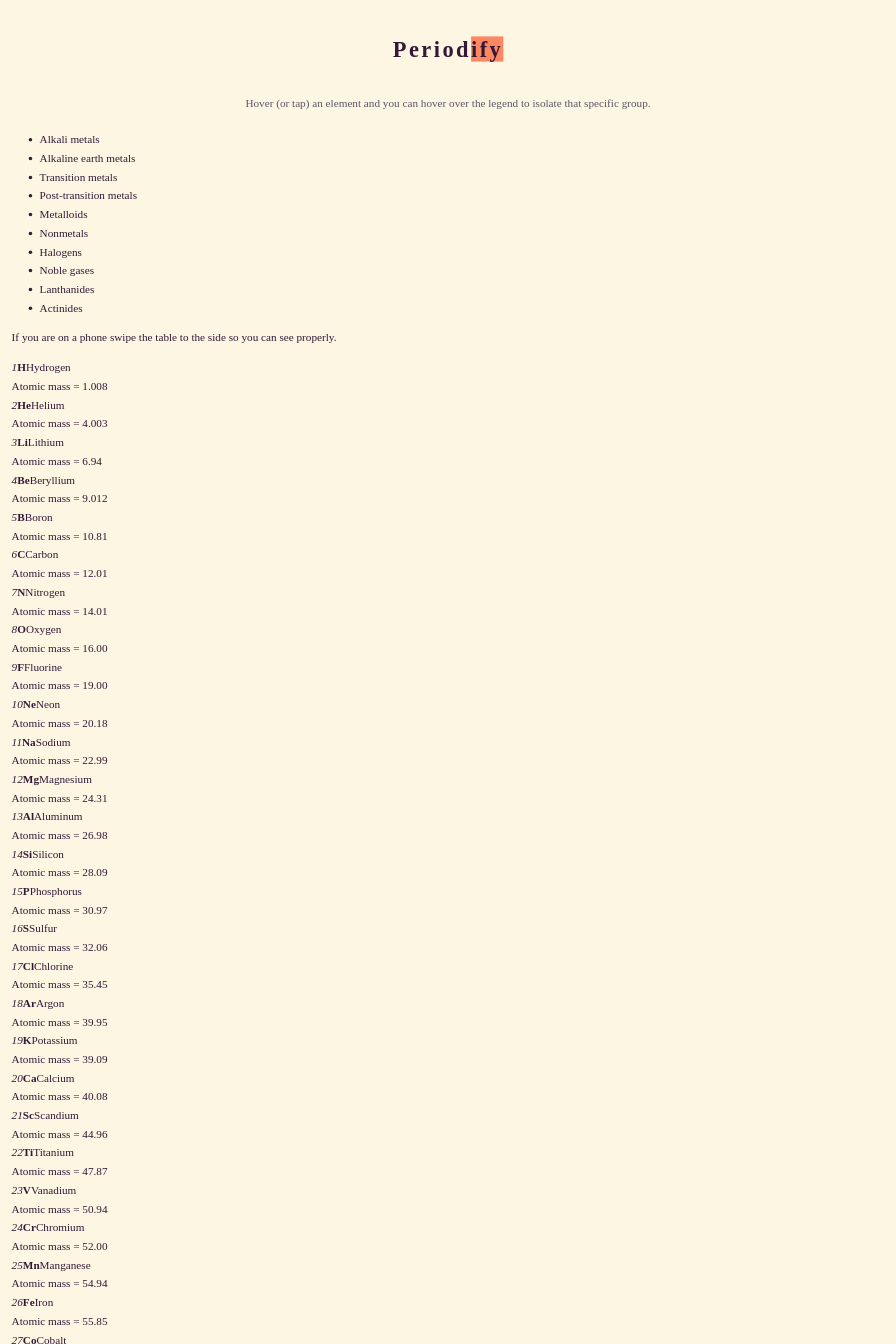
Repository: manayparikh1/Periodify
Page: index.html
The author's editor kept a copy of each file at every save. The page is drawn from the files as they stood at one save, then again after the next save.
The browser window is 1280 px wide. The pictures show the part of the page from y = 0 to 1920 px (the page is 6866 px tall before and 6867 px after), at 70% of full size.

Above is the page before, as saved 2026-10-18 17:52:20.

After the next save:
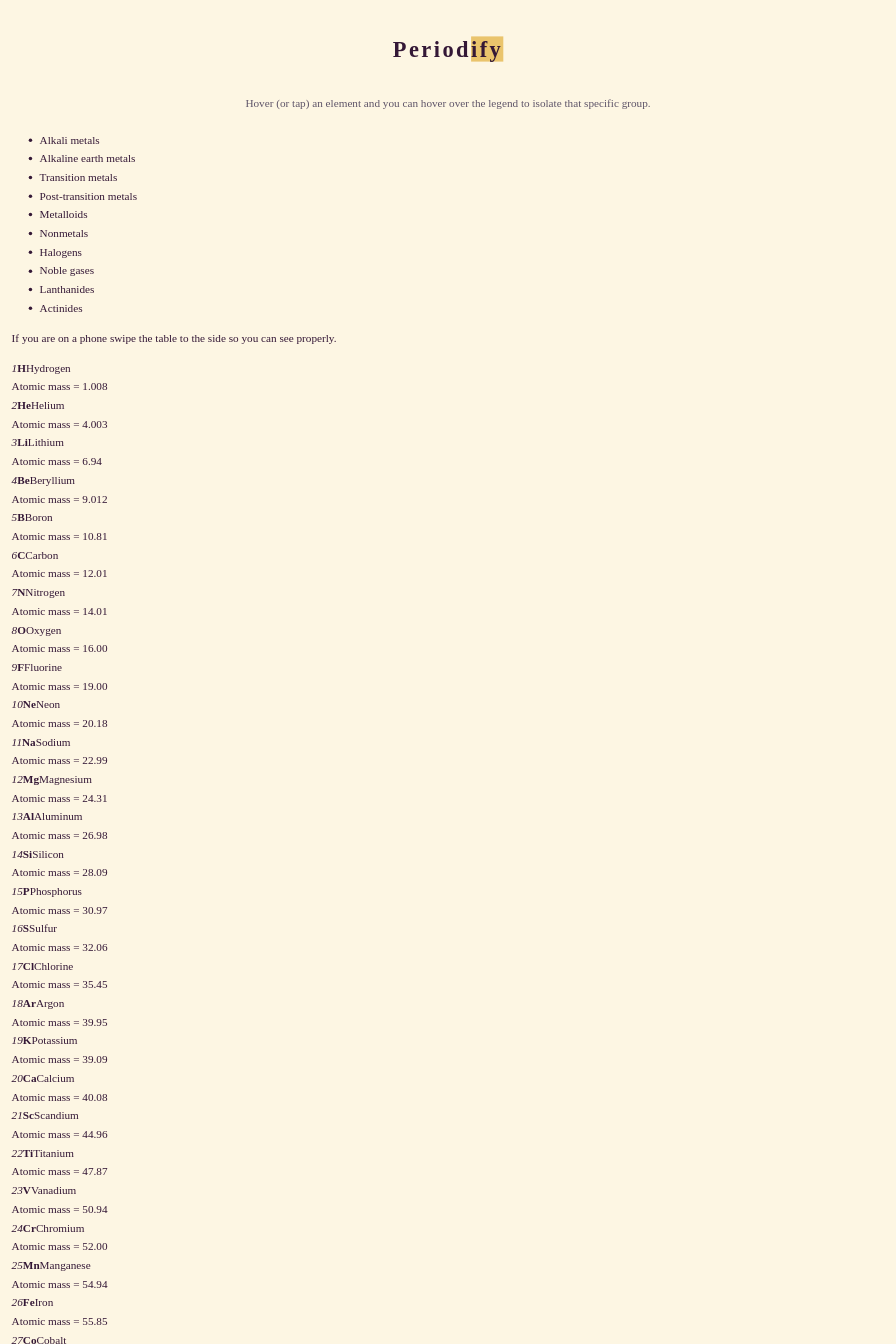
Saved 2 min 20 s later.
--- a/index.html
+++ b/index.html
@@ -181,7 +181,7 @@
             --papercolor: #fdf6e3;
 
             --ak: #fc8760;
-            --ae: #e7c063;
+            --ae: #eac46c;
             --tm: #73d073;
             --pt: #94e4cc;
             --md: #7deeff;
@@ -214,15 +214,17 @@
 
         h1 {
             text-align: center;
-            margin-bottom: 36.7px;
+            margin-bottom: 37px;
             letter-spacing: 3.5px;
         }
 
         h1 span {
-            background: var(--ak);
+            background: var(--ae);
         }
 
         header p {
             margin: 5.5px 0 0;
             color: var(--main);
         }
+
+        /* -- the periodic table part -- */
